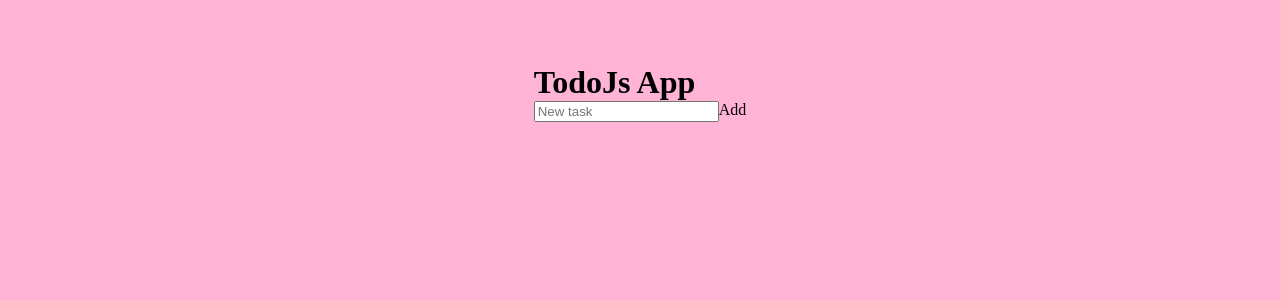
Repository: AlexandraYuhno/todo
Page: index.html
The author's editor kept a copy of each file at every save. The page is drawn from the files as they stood at one save, then again after the next save.
The browser window is 1280 px wide. The pictures show the whole page.

Above is the page before, as saved 2024-06-17 10:05:57.

After the next save:
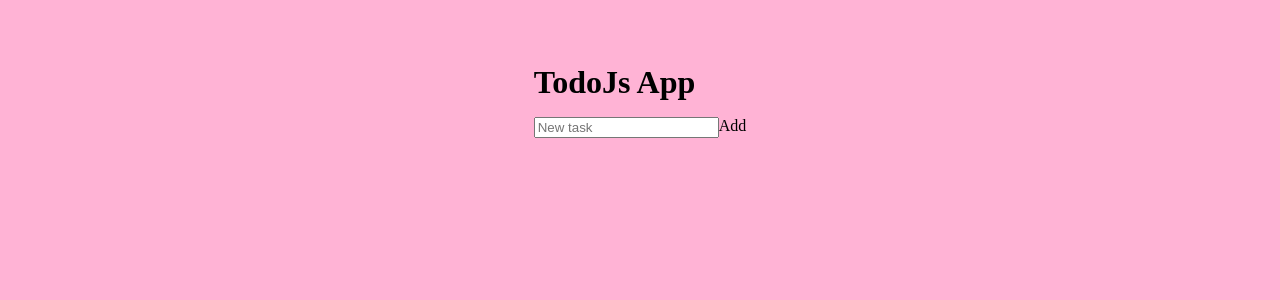
Saved 2 min 36 s later.
--- a/style.css
+++ b/style.css
@@ -16,4 +16,9 @@
 
 .todo__new{
     display: flex;
+    padding: 16px 0 32px;
 }
+
+.todo__add{
+    padding: 32;
+}
